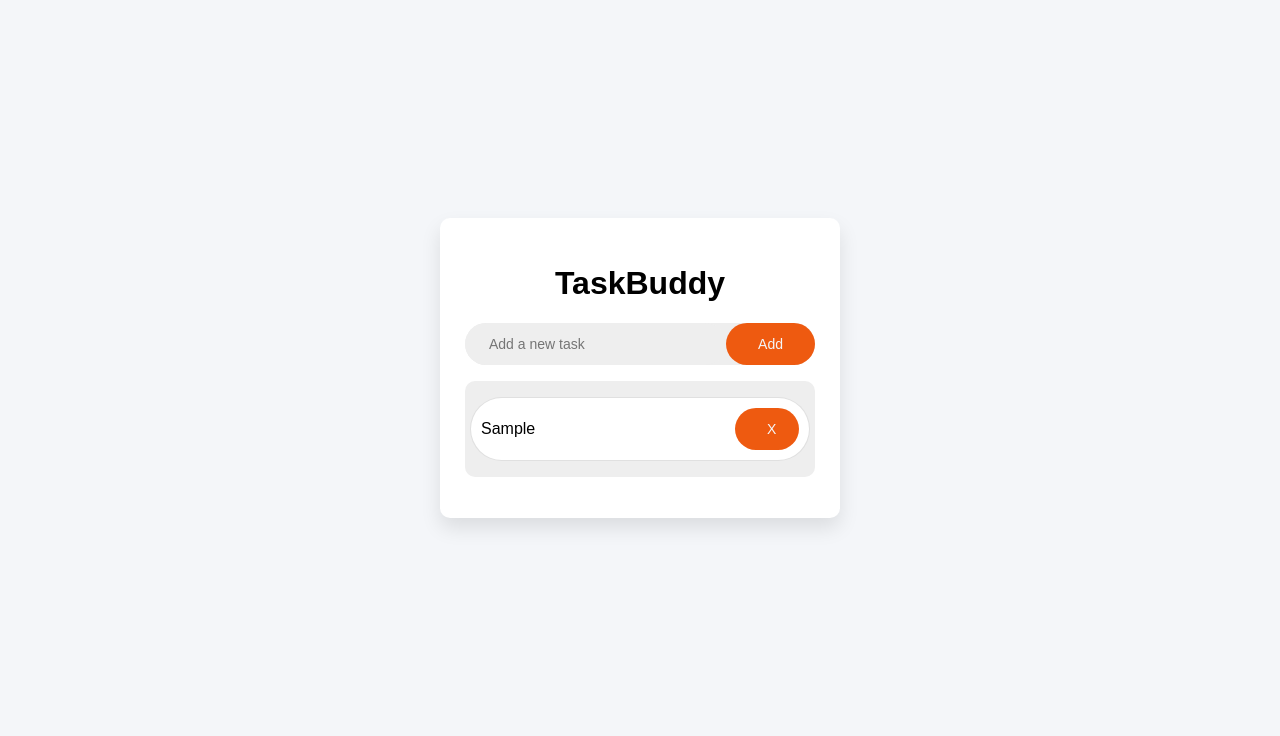
Repository: yogeshnandwani/taskbuddy-todo
Page: index.html
An editor plug-in stored every save of this project. The page is shown before and after the next save, followed by the edit.
The browser window is 1280 px wide. The pictures show the whole page.
Empty fields were first filled with sample values (such as "Sample", 5 or name@example.com).
After loading, the first visible `#addBtn` was clicked once.

Above is the page before, as saved 2026-03-16 18:06:41.

### index.html
<!DOCTYPE html>
<html lang="en">
<head>
<meta charset="UTF-8">
<title>TaskBuddy</title>
<link rel="stylesheet" href="css/style.css">
</head>

<body>

<div class="app">

<h1>TaskBuddy</h1>

<div class="task-input">
<input type="text" id="taskInput" placeholder="Add a new task">
<button id="addBtn">Add</button>
</div>

<ul id="taskList"></ul>

</div>

<script src="js/script.js"></script>

</body>
</html>

### css/style.css
body{
    font-family: Arial, sans-serif;
    background:#f4f6f9;
    display:flex;
    justify-content:center;
    align-items:center;
    height:100vh;
}

.app{
    background:white;
    padding:25px;
    border-radius:10px;
    width:350px;
    box-shadow:0 10px 20px rgba(0,0,0,0.1);
}

h1{
    text-align:center;
}

.task-input{
    display:flex;
    border-radius: 50px;
    background-color: #eee;
}

input{
    flex:1;
    padding:8px;
    border: none;
    border-radius: 50px;
    padding: 0.8rem 1.5rem;
    background-color: #eee;
    font-size: 14px;
}

input:focus{
    outline: none;
}

button{
    padding:0.8rem 2rem;
    border: none;
    border-radius: 50px;
    background-color: #ee5a10;
    color: #f4f6f9;
    cursor:pointer;
    font-size: 14px;
}

ul{
    background-color: #eee;
    border-radius: 10px;
    display: flex;
    padding: 1rem;
    gap: 10px;
    flex-direction: column;
    justify-content: center;
    align-items: center;
}

li{
    background:#fff;
    display: flex;
    align-items: center;
    padding: 10px;
    justify-content: space-between;
    border: 1px solid #0000001f;
    border-radius: 50px;
    width: 100%;
    display:flex;
    justify-content:space-between;
}
li .delete{
    width: 12px;
}

### js/script.js
const input = document.getElementById("taskInput")
const addBtn = document.getElementById("addBtn")
const list = document.getElementById("taskList")

addBtn.addEventListener("click", addTask)

function addTask(){
    const taskText = input.value.trim()

    if(taskText === "") return

    const li = document.createElement("li")

    li.innerHTML = `
    <span>${taskText}</span>
    <button class="delete">X</button>
    `

    list.appendChild(li)

    input.value=""
}

After the next save:
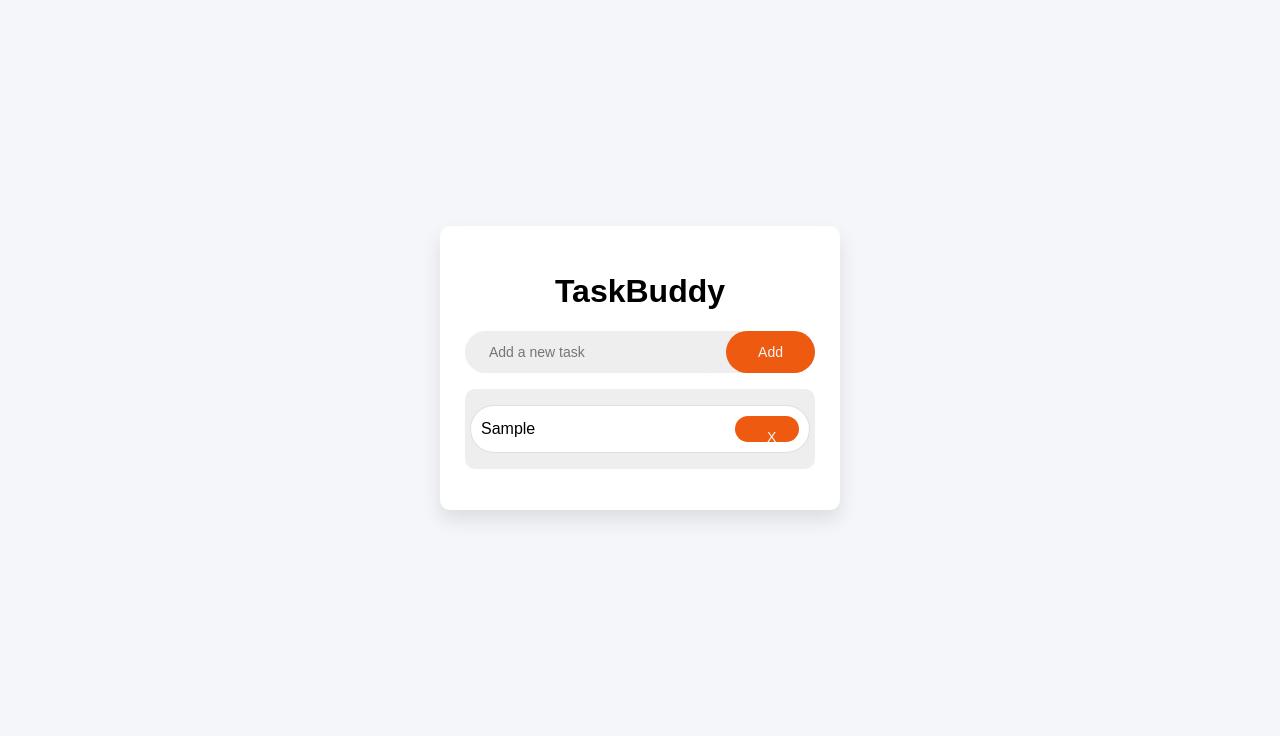
Saved 6 s later.
--- a/css/style.css
+++ b/css/style.css
@@ -74,4 +74,5 @@
 }
 li .delete{
     width: 12px;
+    height: 12px;
 }

After the 3 saves that followed:
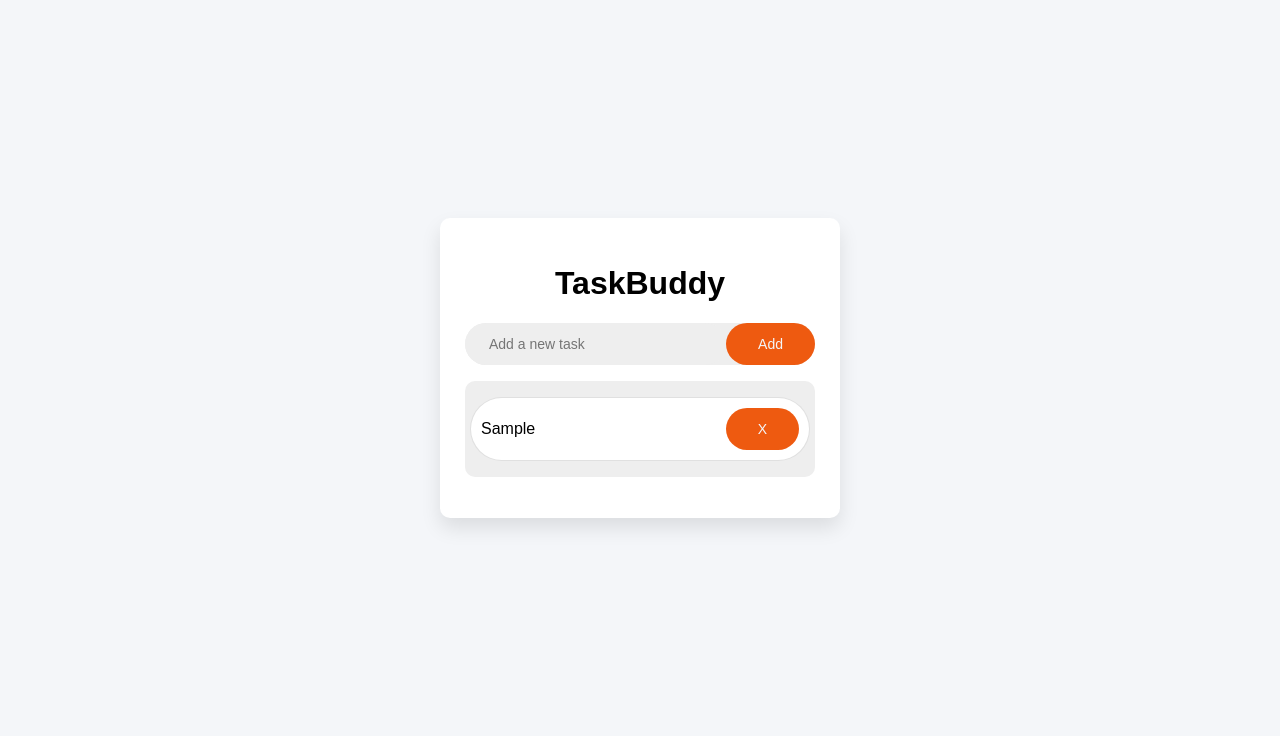
The 3 saves are shown as one change because 2 left the picture as it was.
The last was saved 23 s later.
--- a/css/style.css
+++ b/css/style.css
@@ -72,7 +72,3 @@
     display:flex;
     justify-content:space-between;
 }
-li .delete{
-    width: 12px;
-    height: 12px;
-}
